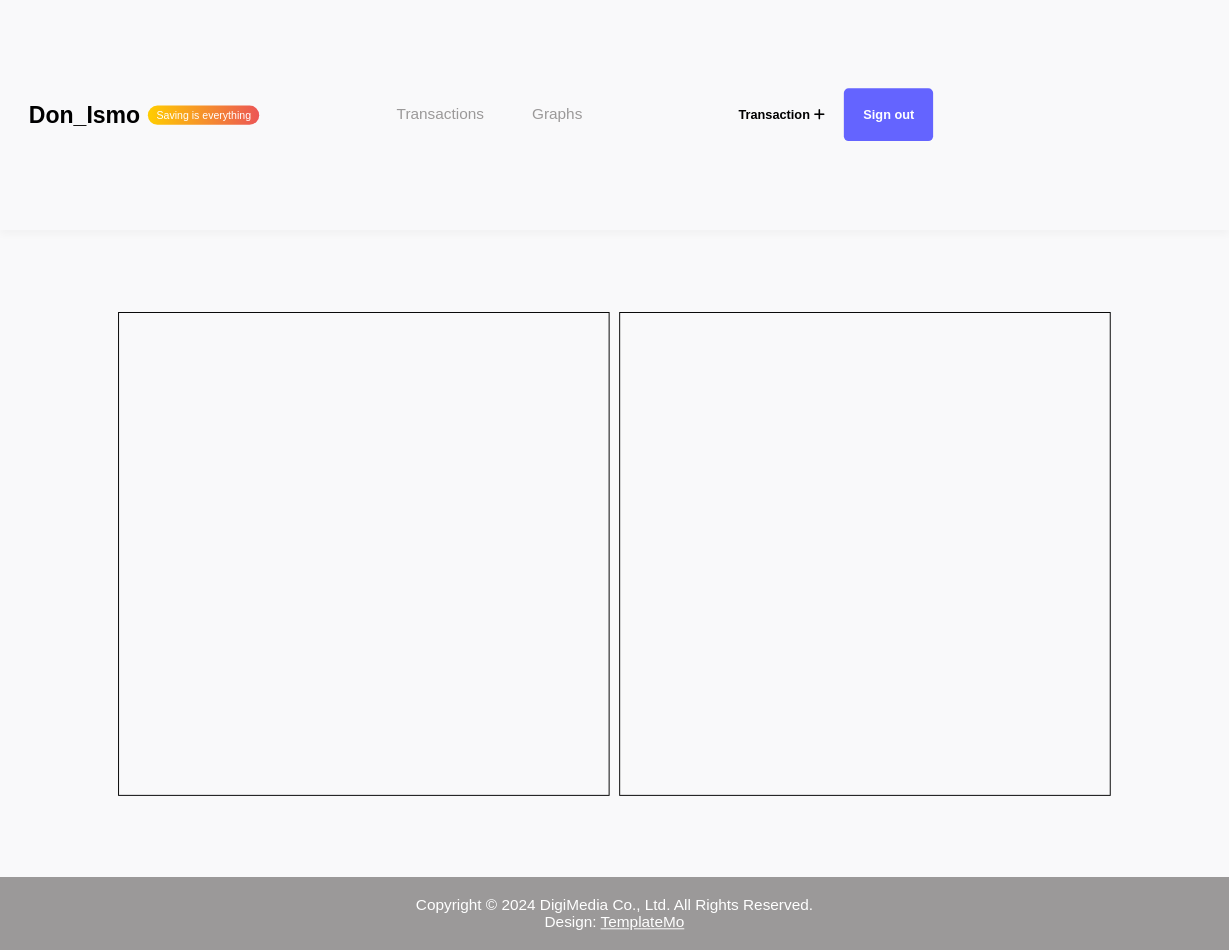
Repository: Ismail-ibr/pfa
Page: Dashboard/index.html
These files come from the project's save history. The page is drawn as it stood at one moment and after the next save; the edit follows.
The browser window is 1280 px wide. The pictures show the whole page, at 96% of full size.

Above is the page before, as saved 2024-05-20 14:21:14.
Console error: ReferenceError: closeButton is not defined

### Dashboard/index.html
<!DOCTYPE html>
<html lang="en">

<head>
    <meta charset="UTF-8">
    <meta name="viewport" content="width=device-width, initial-scale=1.0">
    <link rel="stylesheet" href="./style.css">
    <link rel="stylesheet" href="https://cdnjs.cloudflare.com/ajax/libs/font-awesome/6.5.2/css/all.min.css">
    <title>Document</title>
    <script defer src="./script.js"></script>
</head>

<body>

    <div class="main-div">
        <div class="nav">
            <div class="logo">
                <h2>Don_Ismo</h1>
                    <h4>Saving is everything</h4>
            </div>
            <div class="list">
                <ul>
                    <li><a href="#">Transactions</a></li>
                    <li><a href="#">Graphs</a></li>
                </ul>
            </div>
            <div class="nav-button">
                <h5 class="btn-1 open-button-2">Transaction<i class="fa-solid fa-plus"></i></h5>
                <h5 class="btn-2 open-button">Sign out</h5>
            </div>
            <div style='visibility: hidden' class="sideBar">
                <h1>Info client.</h1>
                <ul>
                    <li>a</li>
                    <li>b</li>
                    <li>c</li>
                    <li>d</li>
                    <li>e</li>
                    <li>f</li>
                    <li>g</li>
                    <li>h</li>
                </ul>
            </div>
            <div class="main_box2" id="modal2">
                <h2>Adding Transaction</h2>
                <form method="POST">
                    <div class="user_box2">
                        <input type="text" name="" required>
                        <label>Transaction Name</label>
                    </div>
                    <div class="user_box2">
                        <input type="text" name="" required>
                        <label>Transaction Categorie</label>
                    </div>
                    <div class="user_box2">
                        <input type="text" name="" required>
                        <label>Ma3raftch chno akhor</label>
                    </div>
                    <div class="button_form2">
                        <a href="#" id="submit">Ajouter</a>
                    </div>
                </form>
            </div>
            <div id="over"></div>

            <div class="main_box" id="modal">
                <h2>Sign out</h2>
                <div class="user_box">
                    <h3>Are you sure you want to disconnect?</h3>
                </div>
                <div class="buttons_Sign_out">
                    <div class="button_form">
                        <a href="#" id="cancel">Cancel</a>
                    </div>
                    <div class="button_form">
                        <a href="#" id="submit">Disconnect</a>
                    </div>
                </div>
            </div>
            <div id="over"></div>
        </div>
        <div class="main-content">
            <div class="graphs">
                <div class="graph_categorie"></div>
                <div class="graph_date"></div>
            </div>
        </div>
        <footer>
            <div class="container">
                <div class="row">
                    <div class="col-lg-12">
                        <p>Copyright © 2024 DigiMedia Co., Ltd. All Rights Reserved.
                            <br>Design: <a href="https://templatemo.com" target="_parent"
                                title="free css templates">TemplateMo</a>
                        </p>
                    </div>
                </div>
            </div>
        </footer>
    </div>

</body>

</html>

### Dashboard/style.css
* {
  padding: 0;
  color: rgb(0, 0, 0);
  font-family: "Poppins", sans-serif;
  box-sizing: border-box;
}

body {
  background-color: #f9f9fa;
  margin: 0;
  padding: 0;
}

/*--         Design of the form Sign Up         --*/

.main_box {
  display: none;
}

.main_box,
.main_box2 {
  color: f2f4f9;
  position: fixed;
  top: 50%;
  left: 50%;
  transform: translate(-50%, -50%) scale(0);
  display: flex;
  flex-direction: column;
  align-items: center;
  justify-content: center;
  z-index: 10;
  transition: 200ms ease-in-out;
  width: 400px;
  padding: 40px;
  /* transform: translate(-50%, -50%); */
  background-color: whitesmoke;
  box-shadow: 0px 0px 10px white;
  border-radius: 10px;
}
.main_box h2,
.main_box2 h2 {
  font-family: "Poppins", sans-serif;
  font-size: 40px;
  margin: 0 0 30px;
  padding: 0;
  text-align: center;
  cursor: pointer;
}

.main_box2 .user_box2 input {
  position: relative;
  width: 100%;
  padding: 10px;
  font-size: 16px;
  margin-bottom: 30px;
  border: none;
  outline: none;
  border-bottom: black solid 2px;
  background-color: transparent;
}

.main_box2 .user_box2 label {
  position: relative;
  left: 0;
  top: -60px;
  padding: 10px 0;
  pointer-events: none;
  transition: 0.5s;
}

.main_box2 .user_box2 :focus ~ label,
.main_box2 .user_box2 :valid ~ label {
  top: -85px;
  font-size: 13px;
  left: 0;
}
.button_form,
.button_form2 {
  display: flex;
  flex-direction: row;
  justify-content: end;
  align-content: center;
}

.button_form :first-child,
.button_form2 :first-child {
  text-decoration: none;
  color: black;
  padding: 20px 30px;
  border: 2px solid black;
}
.button_form :first-child:hover,
.button_form2 :first-child:hover {
  background-color: black;
  color: white;
  transition: 0.5s;
}

.main_box.active,
.main_box2.active {
  transform: translate(-50%, -50%) scale(1);
}

.main_box h3 {
  text-align: center;
}

#over {
  position: fixed;
  top: 0;
  left: 0;
  bottom: 0;
  right: 0;
  background-color: hsl(0, 0%, 0%, 0.5);
  opacity: 0;
  pointer-events: none;
  transition: 200ms ease-in-out;
}

#over.active {
  pointer-events: all;
  opacity: 1;
}

.nav {
  display: flex;
  padding: 0 30px;
  justify-content: space-between;
  align-items: center;
  box-shadow: 0px 5px 8px rgba(0, 0, 0, 0.03);
}

.logo {
  display: flex;
  justify-content: center;
  align-items: center;
}

.logo h4 {
  color: white;
  background: linear-gradient(
    90deg,
    rgba(255, 205, 0, 1) 0%,
    rgba(236, 84, 84, 0.9921218487394958) 100%
  );
  font-size: 11px;
  padding: 4px 9px;
  margin-left: 8px;
  border-radius: 50px;
  cursor: pointer;
  font-weight: 100;
}

.list ul {
  display: flex;
  list-style: none;
  align-items: center;
  justify-content: center;
}

.list li {
  margin: 0px 25px;
}

.list a {
  text-decoration: none;
  color: rgb(155, 153, 153);
}

.list a::after {
  content: "";
  display: block;
  width: 0%;
  height: 2px;
  background-color: rgb(155, 153, 153);
  transition: 0.4s;
}

.list a:hover::after {
  content: "";
  width: 100%;
  display: block;
  height: 2px;
  background: rgb(155, 153, 153);
  transition: 0.4s;
}

.nav-button {
  display: flex;
  align-items: center;
  justify-content: center;
}

.nav-button h5 {
  cursor: pointer;
}

.btn-1 {
  margin: 0px 20px;
  color: black;
}

.btn-1 i {
  margin-left: 4px;
}

.btn-2 {
  color: white;
  padding: 20px;
  background: rgb(100, 100, 255);
  border-radius: 5px;
}

.main-content {
  display: flex;
  justify-content: center;
  align-items: center;
  margin: 80px 0;
  text-align: center;
}

.main-div {
  height: 100vh;
  margin: 0px;
  position: relative;
}

.buttons_Sign_out {
  display: flex;
  flex-direction: row;
  align-items: center;
  justify-content: space-between;
}

.graphs {
  height: auto;
  display: flex;
  flex-wrap: wrap;
  align-items: center;
  justify-content: center;
}

.graphs div {
  width: 40vw;
  height: 70vh;
  margin: 5px;
  border: solid 1px black;
}

.sideBar div {
  height: 100vh;
  width: 30vw;
  border: solid black 5px;
  transition: ease 0.3s all;
  position: absolute;
  z-index: 3;
  top: 0;
  right: 0;
  bottom: 0;
  background: white;
}

.sideBar li {
  margin: 0px 20px;
}

.sideBar.active {
  transform: translate(-50%, -50%) scale(1);
}

/*---------------footer-----------------*/
footer {
  background: rgb(155, 153, 153);
  padding: 5px 0px;
  position: relative;
  bottom: 0;
  width: 100vw;
}

footer p {
  text-align: center;
  margin: 15px 0px;
  color: #fff;
}

footer p a {
  color: #fff;
  transition: all 0.5s;
}
/*---------------footer-----------------*/

### Dashboard/script.js
const openButton = document.querySelector(" .open-button");
const openButton2 = document.querySelector(" .open-button-2");
const sideBar = document.querySelector(" .sideBar");

const over = document.getElementById("over");
const modal = document.querySelector(" .main_box");
const modal2 = document.querySelector(" .main_box2");

const button_close = document.getElementById("cancel");

// openButton.addEventListener("click", () => {
//   openModal(modal);
// });

openButton.addEventListener("click", () => {
  sideBar.style = "visibility";
});

openButton2.addEventListener("click", () => {
  openModal(modal2);
});

function openModal(modalElement) {
  if (modalElement == null) return;
  modalElement.classList.add("active");
  over.classList.add("active");
}

over.addEventListener("click", () => {
  closeModal();
});

button_close.addEventListener("click", () => {
  closeModal();
});

closeButton.addEventListener("click", () => {
  closeModal();
});

function closeModal() {
  if (modal == null) return;
  modal.classList.remove("active");
  modal2.classList.remove("active");
  over.classList.remove("active");
  sideBar.classList.remove("active");
  sideBar.style = "none";
}

After the next save:
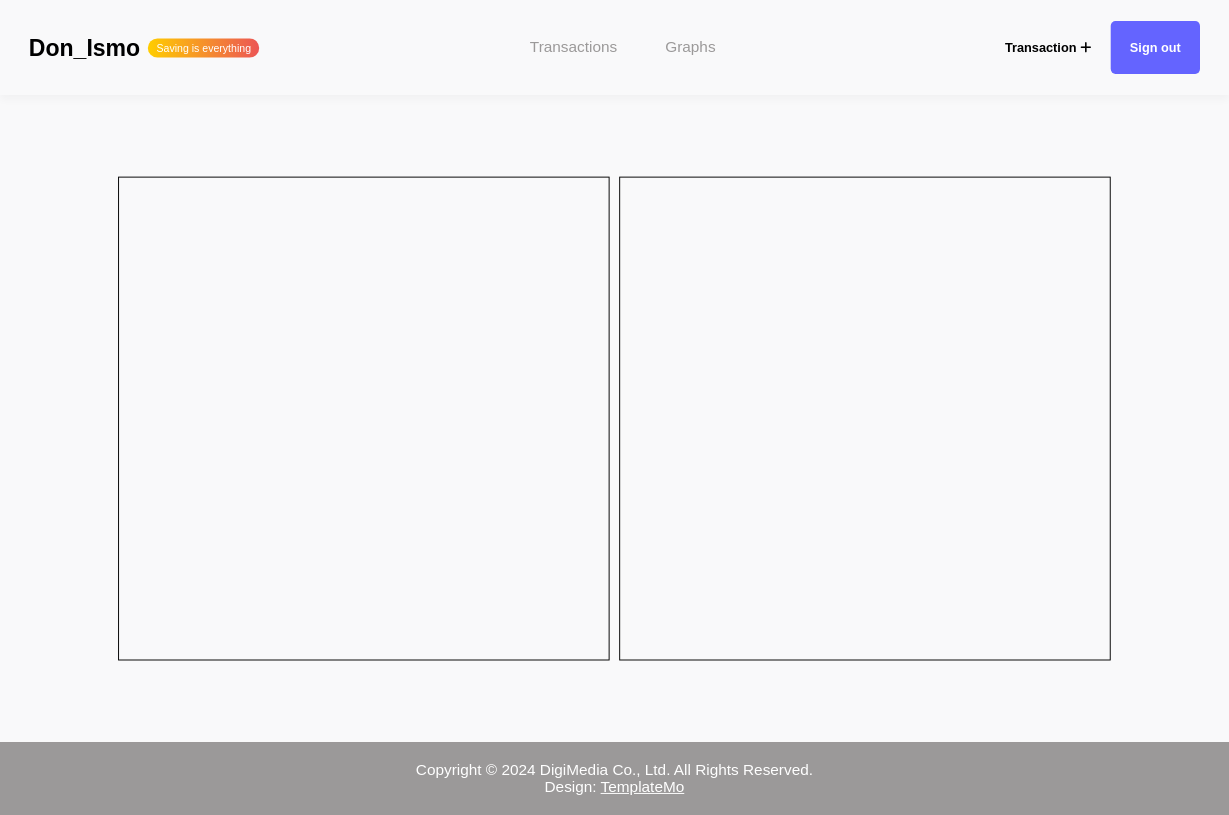
Saved 8 s later.
--- a/Dashboard/index.html
+++ b/Dashboard/index.html
@@ -28,7 +28,7 @@
                 <h5 class="btn-1 open-button-2">Transaction<i class="fa-solid fa-plus"></i></h5>
                 <h5 class="btn-2 open-button">Sign out</h5>
             </div>
-            <div style='visibility: hidden' class="sideBar">
+            <div style='display: none' class="sideBar">
                 <h1>Info client.</h1>
                 <ul>
                     <li>a</li>
